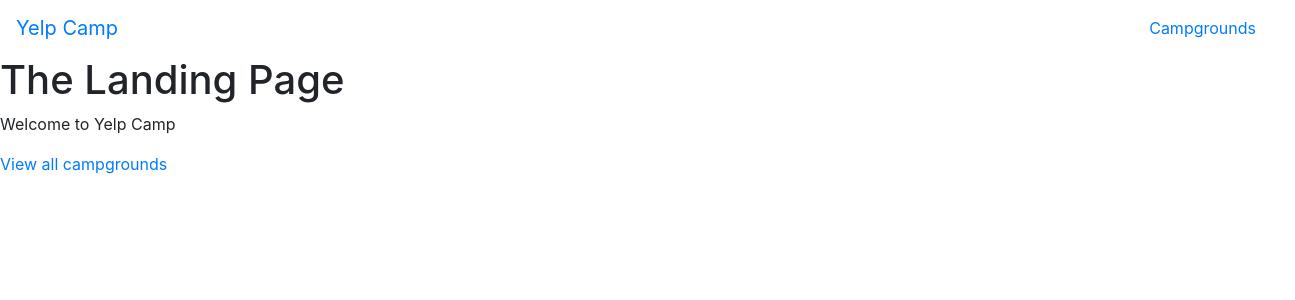
Repository: jbell0385/sandbox
Page: http://localhost/
The author's editor kept a record of every edit. The page is drawn from the files as they stood at one moment, then again after the next edit.
The browser window is 1280 px wide. The page is 1295 px wide, then 1280 px, so the pictures cover 1295 px, including what lies to the right of the window. The pictures show the whole page.
The page is served by the project's Node server (YelpCamp/v1/app.js).

Above is the page before.

After the next edit:
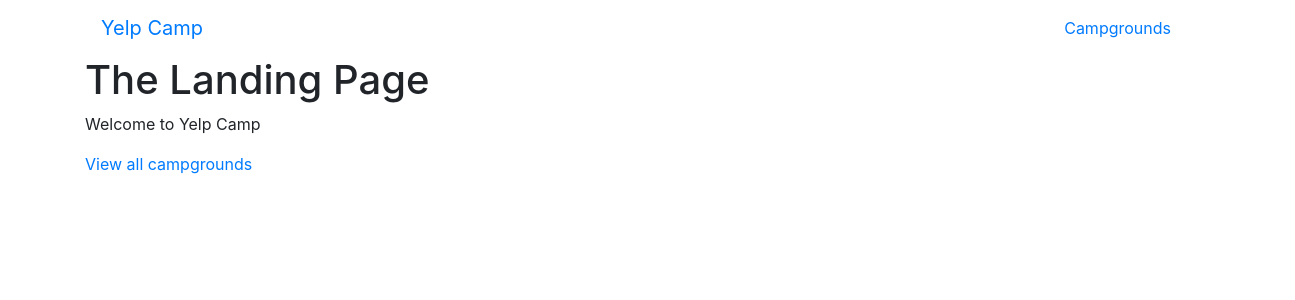
The edit:
--- a/webdevbootcamp/workspace/YelpCamp/v1/views/partials/header.ejs
+++ b/webdevbootcamp/workspace/YelpCamp/v1/views/partials/header.ejs
@@ -5,16 +5,17 @@
         <link rel="stylesheet" href="https://maxcdn.bootstrapcdn.com/bootstrap/4.0.0/css/bootstrap.min.css" integrity="sha384-Gn5384xqQ1aoWXA+058RXPxPg6fy4IWvTNh0E263XmFcJlSAwiGgFAW/dAiS6JXm" crossorigin="anonymous">
     </head>
     <body>
-    <nav class="navbar navbar-expand-lg">
-        <a class="navbar-brand" href="/">Yelp Camp</a>
-        <button class="navbar-toggler" type="button" data-toggle="collapse" data-target="#navbarSupportContent" aria-controls="navbarSupportContent" aria-expanded = "false" aria-label="Toggle navigation">
-            <span class="navbar-toggler-icon"></span>
-        </button>
-        <div class="collapse navbar-collapse">
-            <ul class="navbar-nav ml-auto">
-                <li class="nav-item">
-                    <a class="nav-link" href="/campgrounds">Campgrounds</a>
-                </li>
-            </ul>
-        </div>
-    </nav>
+    <div class="container">
+        <nav class="navbar navbar-expand-lg">
+            <a class="navbar-brand" href="/">Yelp Camp</a>
+            <button class="navbar-toggler" type="button" data-toggle="collapse" data-target="#navbarSupportContent" aria-controls="navbarSupportContent" aria-expanded = "false" aria-label="Toggle navigation">
+                <span class="navbar-toggler-icon"></span>
+            </button>
+            <div class="collapse navbar-collapse">
+                <ul class="navbar-nav ml-auto">
+                    <li class="nav-item">
+                        <a class="nav-link" href="/campgrounds">Campgrounds</a>
+                    </li>
+                </ul>
+            </div>
+        </nav>
